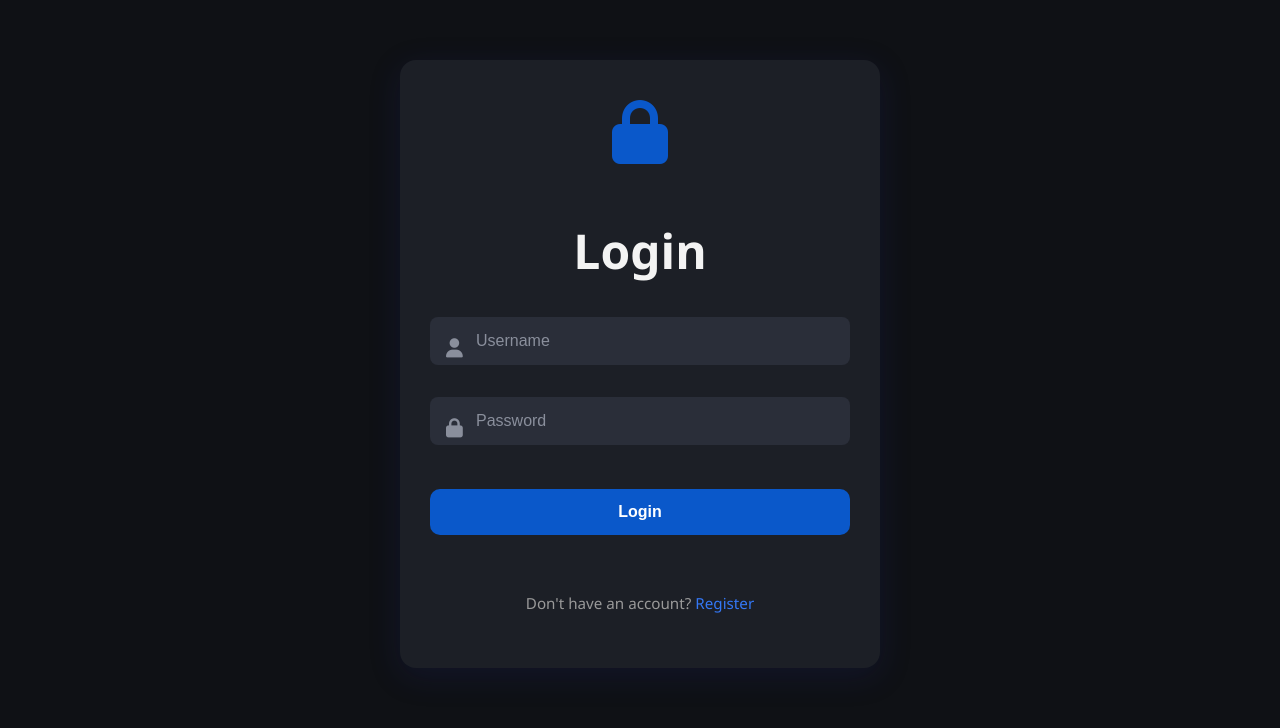
Repository: lowluds/auth-flask
Page: http://localhost/login
The author's editor kept a copy of each file at every save. The page is drawn from the files as they stood at one save, then again after the next save.
The browser window is 1280 px wide. The pictures show the whole page.
The page is served by the project's application, run on Flask 3 (login.py).

Above is the page before, as saved 2025-07-10 23:00:46.

After the next save:
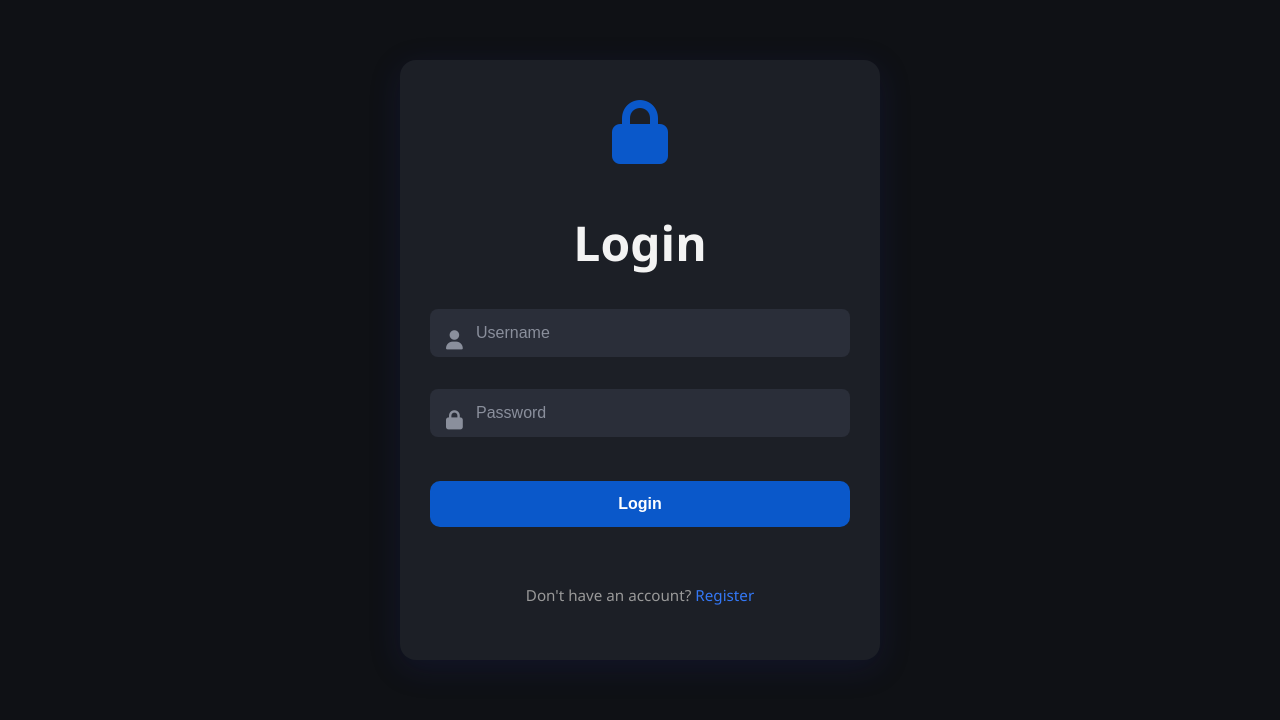
Saved 29 s later.
--- a/static/register.css
+++ b/static/register.css
@@ -145,7 +145,7 @@ a:hover {
 .login-container .login-icon {
     font-size: 64px !important;
     color: #0a58ca !important;
-    margin-bottom: 14px;
+    margin-bottom: 6px;
 }
 
 
